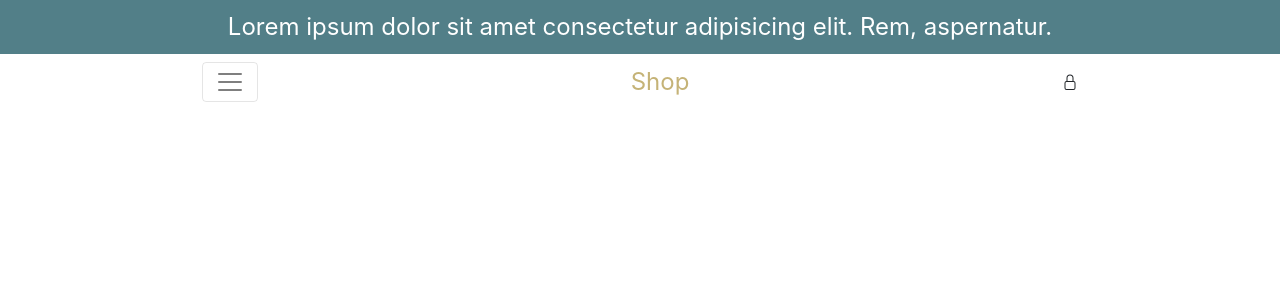
Repository: DaNiels89/frontendassignmentbogbootcamp
Page: index.html
These files come from the project's save history. The page is drawn as it stood at one moment and after the next save; the edit follows.
The browser window is 1280 px wide. The pictures show the whole page.

Above is the page before, as saved 2020-03-19 17:53:08.

### index.html
<!DOCTYPE html>
<html lang="en">
  <head>
    <meta charset="UTF-8" />
    <meta name="viewport" content="width=device-width, initial-scale=1.0" />
    <title>Front end Assignment - Carousel</title>
    <link
      rel="stylesheet"
      href="https://stackpath.bootstrapcdn.com/bootstrap/4.3.1/css/bootstrap.min.css"
      integrity="sha384-ggOyR0iXCbMQv3Xipma34MD+dH/1fQ784/j6cY/iJTQUOhcWr7x9JvoRxT2MZw1T"
      crossorigin="anonymous"
    />
    <link rel="stylesheet" href="css/styles.css" />
  </head>
  <body>
    <div class="promotion-bar">
      Lorem ipsum dolor sit amet consectetur adipisicing elit. Rem, aspernatur.
    </div>

    <div class="pos-f-t">
      <div class="collapse" id="navbarToggleExternalContent">
        <div class="bg-dark p-4">
          <h4 class="text-white">Collapsed content</h4>
          <span class="text-muted">Toggleable via the navbar brand.</span>
        </div>
      </div>
      <nav class="navbar navbar-light bg-white">
        <button
          class="navbar-toggler"
          type="button"
          data-toggle="collapse"
          data-target="#navbarToggleExternalContent"
          aria-controls="navbarToggleExternalContent"
          aria-expanded="false"
          aria-label="Toggle navigation"
        >
          <span class="navbar-toggler-icon"></span>
        </button>

        <div class="navbar-div">Shop</div>

        <svg
          class="bi bi-lock"
          width="1em"
          height="1em"
          viewBox="0 0 16 16"
          fill="currentColor"
          xmlns="http://www.w3.org/2000/svg"
        >
          <path
            fill-rule="evenodd"
            d="M11.5 8h-7a1 1 0 00-1 1v5a1 1 0 001 1h7a1 1 0 001-1V9a1 1 0 00-1-1zm-7-1a2 2 0 00-2 2v5a2 2 0 002 2h7a2 2 0 002-2V9a2 2 0 00-2-2h-7zm0-3a3.5 3.5 0 117 0v3h-1V4a2.5 2.5 0 00-5 0v3h-1V4z"
            clip-rule="evenodd"
          />
        </svg>
      </nav>
    </div>

    <div class="carousel">
      <div class="get-image"><img src="" alt="" /></div>
    </div>
  </body>
</html>

### css/styles.css
* {
  box-sizing: border-box;
  margin: 0;
  padding: 0;
}

.promotion-bar {
  background-color: rgb(82, 127, 136);
  color: white;
  font-size: 1.5rem;
  text-align: center;
  width: 100%;
  height: auto;
  padding: 9px;
}

.navbar {
  width: 100%;
  display: flex;
  justify-content: space-around;

  /* max-width: 1000px; */
}

.navbar-div {
  color: rgb(197, 179, 119);
  font-size: 1.5rem;
  text-align: center;
  align-items: center;
}

After the next save:
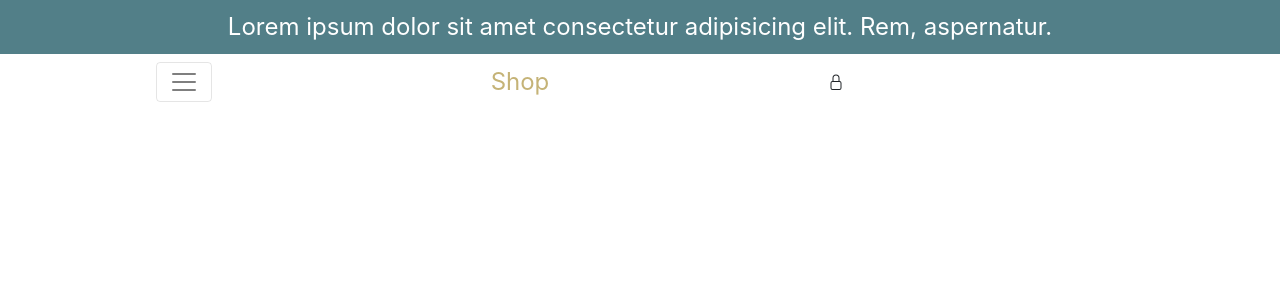
Saved 20 s later.
--- a/css/styles.css
+++ b/css/styles.css
@@ -19,7 +19,7 @@
   display: flex;
   justify-content: space-around;
 
-  /* max-width: 1000px; */
+  max-width: 1000px;
 }
 
 .navbar-div {

After the save that followed:
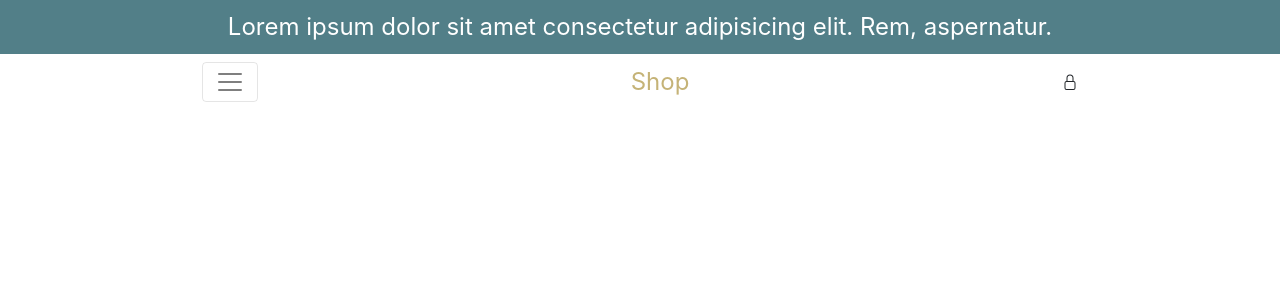
Saved 18 s later.
--- a/css/styles.css
+++ b/css/styles.css
@@ -18,8 +18,6 @@
   width: 100%;
   display: flex;
   justify-content: space-around;
-
-  max-width: 1000px;
 }
 
 .navbar-div {
